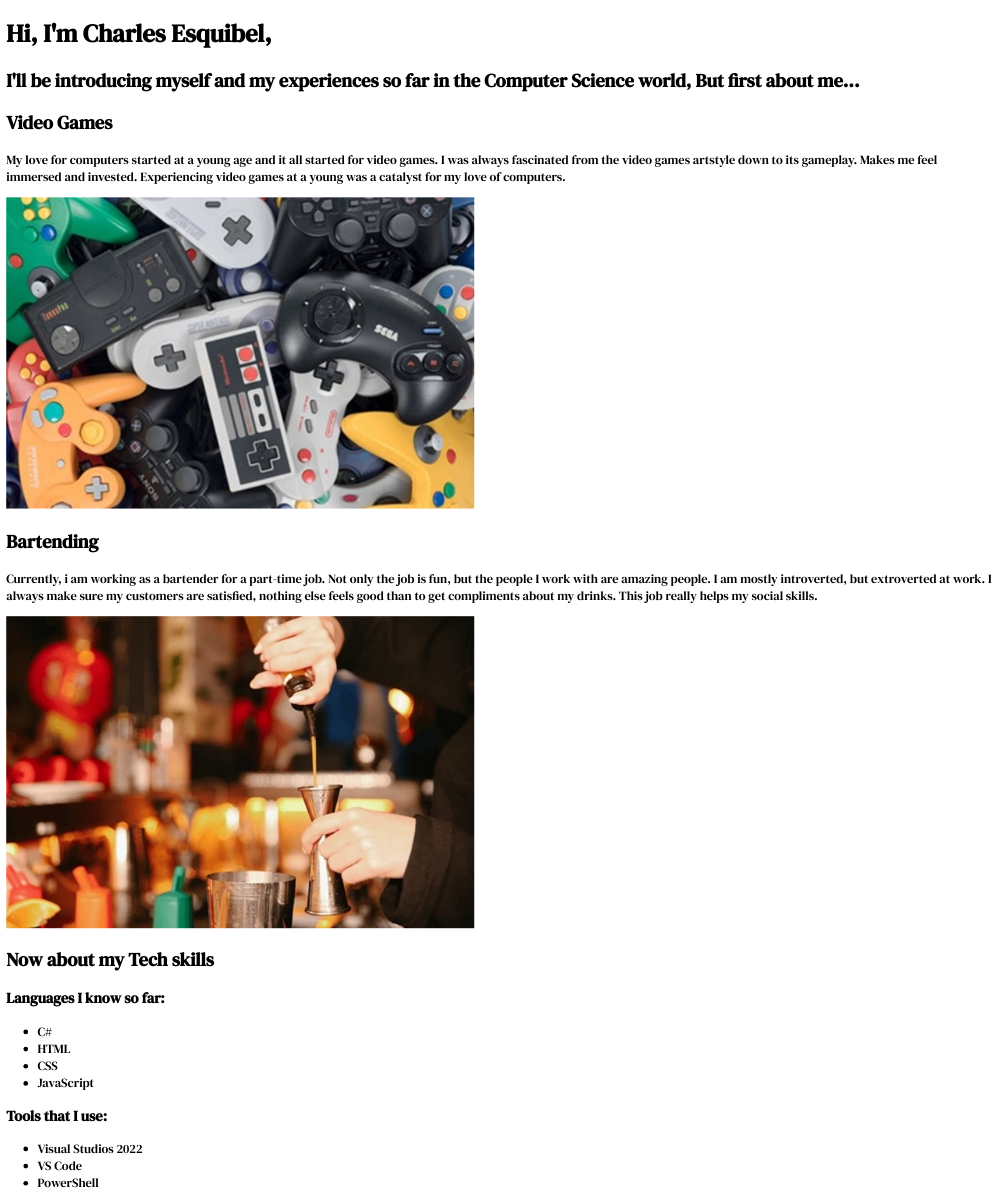
Repository: vGitCharles/vGitCharles
Page: index.html
These files come from the project's save history. The page is drawn as it stood at one moment and after the next save; the edit follows.
The browser window is 1280 px wide. The pictures show the whole page, at 78% of full size.

Above is the page before, as saved 2026-05-15 20:49:41.

After the next save:
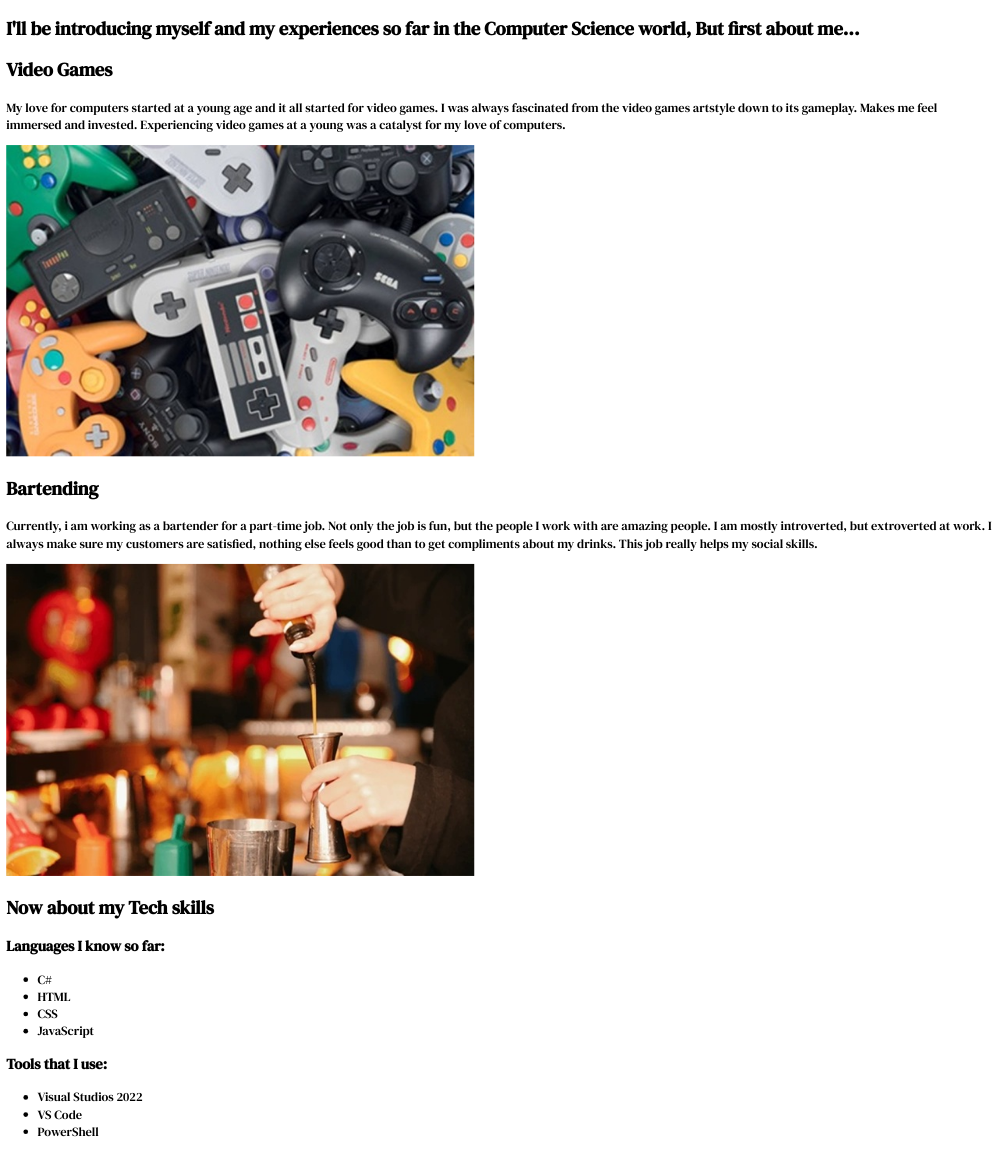
Saved 33 min 54 s later.
--- a/index.html
+++ b/index.html
@@ -7,7 +7,10 @@
     <title>Home</title>
 </head>
 <body>
-    <h1>Hi, I'm Charles Esquibel,</h1>
+
+
+
+
     <h2>I'll be introducing myself and my experiences so far in the Computer Science world, But first about me...</h2>
     <h2>Video Games</h2>
 
